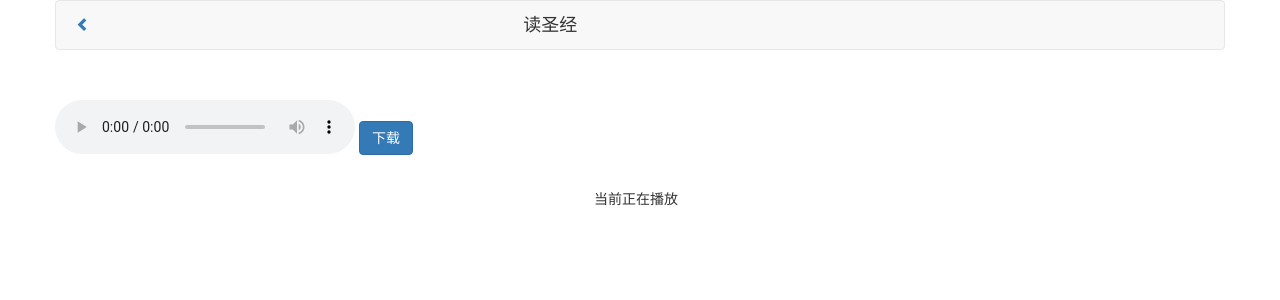
Repository: Paulyoufu/paulyoufu.github.io
Page: content.html
These files come from the project's save history. The page is drawn as it stood at one moment and after a run of saves; the edit follows.
The browser window is 1280 px wide. The pictures show the whole page.

Above is the page before, as saved 2018-04-24 15:08:07.
Console error: TypeError: Cannot read properties of undefined (reading 'replace')

After the next 2 saves:
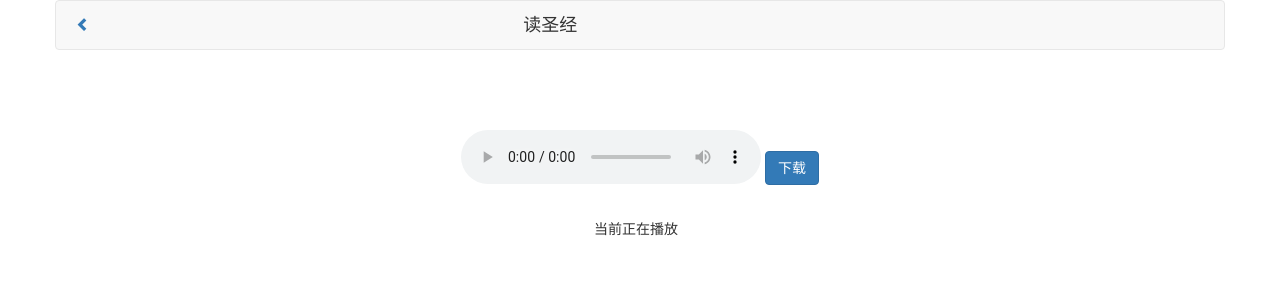
The 2 saves are shown as one change because they came seconds apart.
The last was saved 30 s later.
--- a/content.html
+++ b/content.html
@@ -27,7 +27,7 @@
                 <h4 class="text-aglin:center" style="margin-left:40%;margin-top:15px;">读圣经</h4>
             </nav>
             <div class="row" style="margin-top:50px;">
-                <div class="col-md-12 column">
+                <div class="col-md-12 column" style="text-align: center;margin-top: 30px;">
                     <audio id="ad" autoplay="autoplay" src="http://biblevoice.oss-cn-hangzhou.aliyuncs.com/rock/创世记第1章.mp3" controls="controls"></audio>
                     <a id="btnDownLoad" class="btn btn-primary" style="margin-top: -25px;">下载</a>
                 </div>
